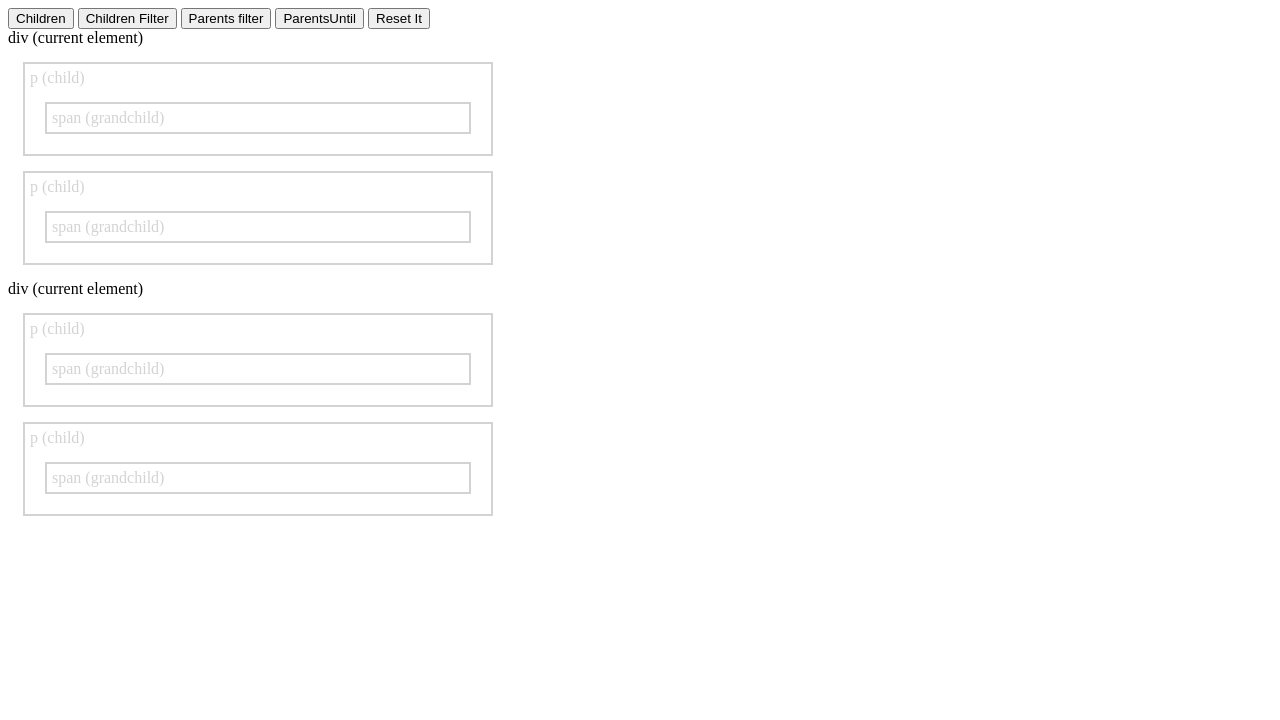
Repository: sudheerj/jQuery
Page: jQueryExamples/chapter03/AdjacentSiblingSelector.html
The author's editor kept a copy of each file at every save. The page is drawn from the files as they stood at one save, then again after the next save.
The browser window is 1280 px wide. The pictures show the whole page.

Above is the page before, as saved 2016-10-21 03:07:47.

After the next save:
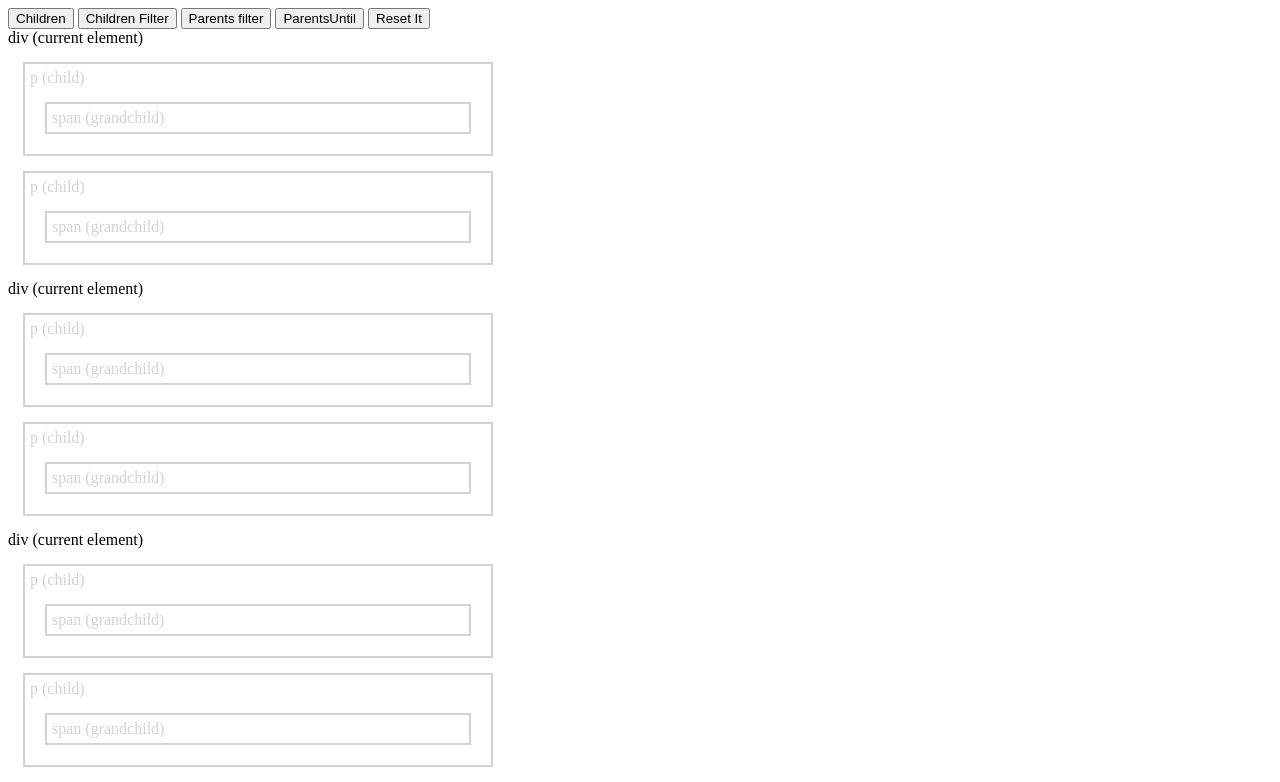
Saved 20 s later.
--- a/jQueryExamples/chapter03/AdjacentSiblingSelector.html
+++ b/jQueryExamples/chapter03/AdjacentSiblingSelector.html
@@ -98,5 +98,14 @@
 		</p>
 	</div>
 
+	<div class="descendants3" style="width:500px;">div (current element)
+  <p>p (child)
+    <span>span (grandchild)</span>
+  </p>
+  <p>p (child)
+    <span>span (grandchild)</span>
+  </p>
+</div>
+
 </body>
 </html>
